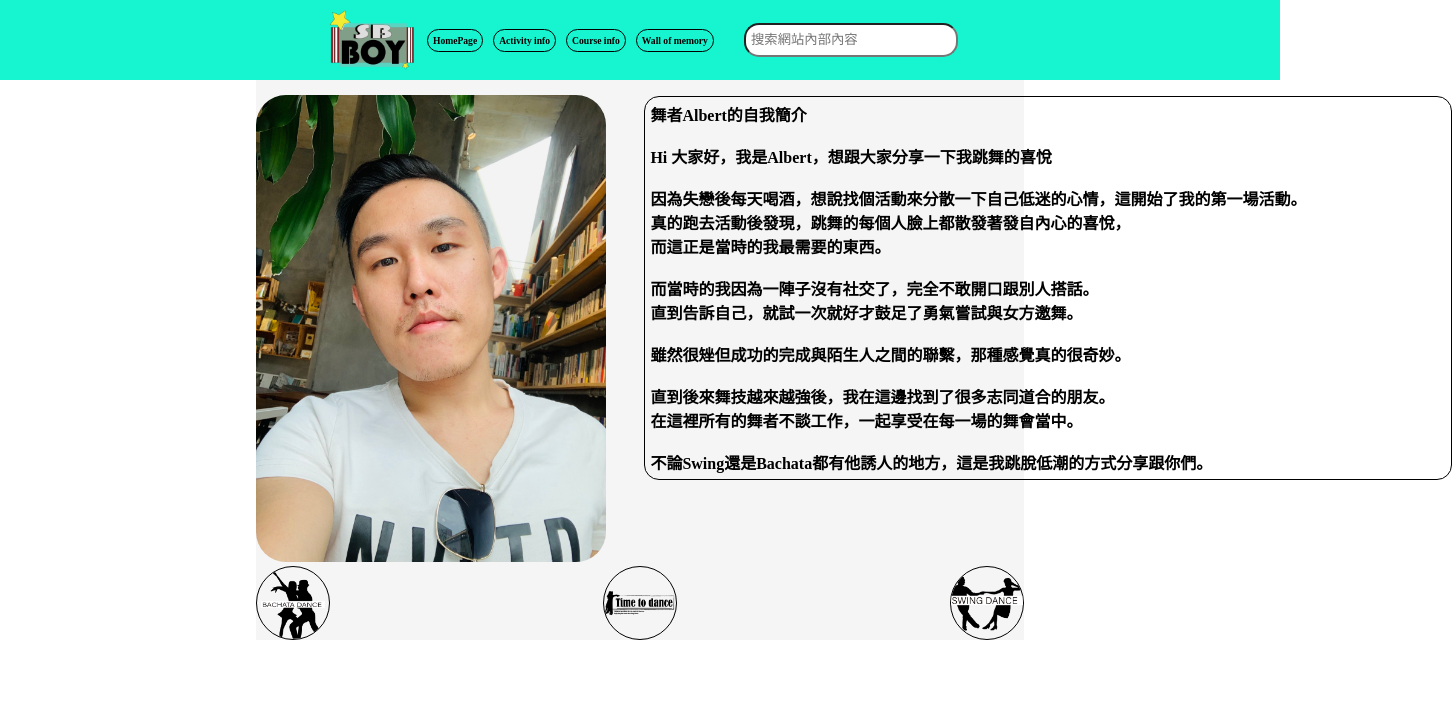
Repository: AlbertKoii/0718_Learning_Javascript
Page: aboutme/aboutme_try.html
These files come from the project's save history. The page is drawn as it stood at one moment and after the next save; the edit follows.
The browser window is 1280 px wide. The page is 1452 px wide, then 1280 px, so the pictures cover 1452 px, including what lies to the right of the window. The pictures show the whole page.

Above is the page before, as saved 2023-07-26 13:43:06.
Not found: aboutme/script.js

After the next save:
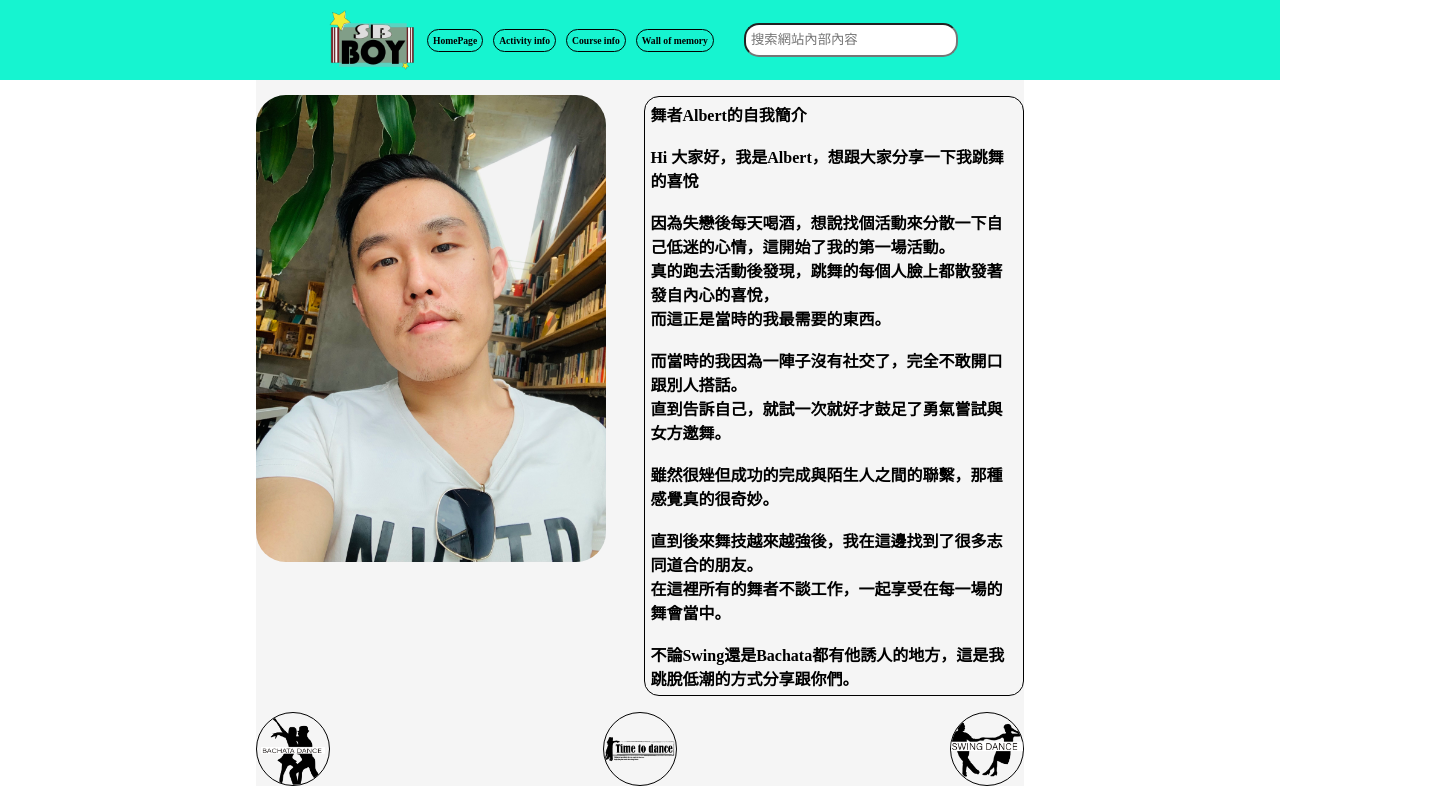
Saved 13 s later.
--- a/aboutme/aboutme.try.css
+++ b/aboutme/aboutme.try.css
@@ -77,7 +77,7 @@ html, body{
 
     }
 .right p{
-    min-width: 796px;
+
     border: 1px solid black;
     border-radius: 15px;
     padding: 5px;
